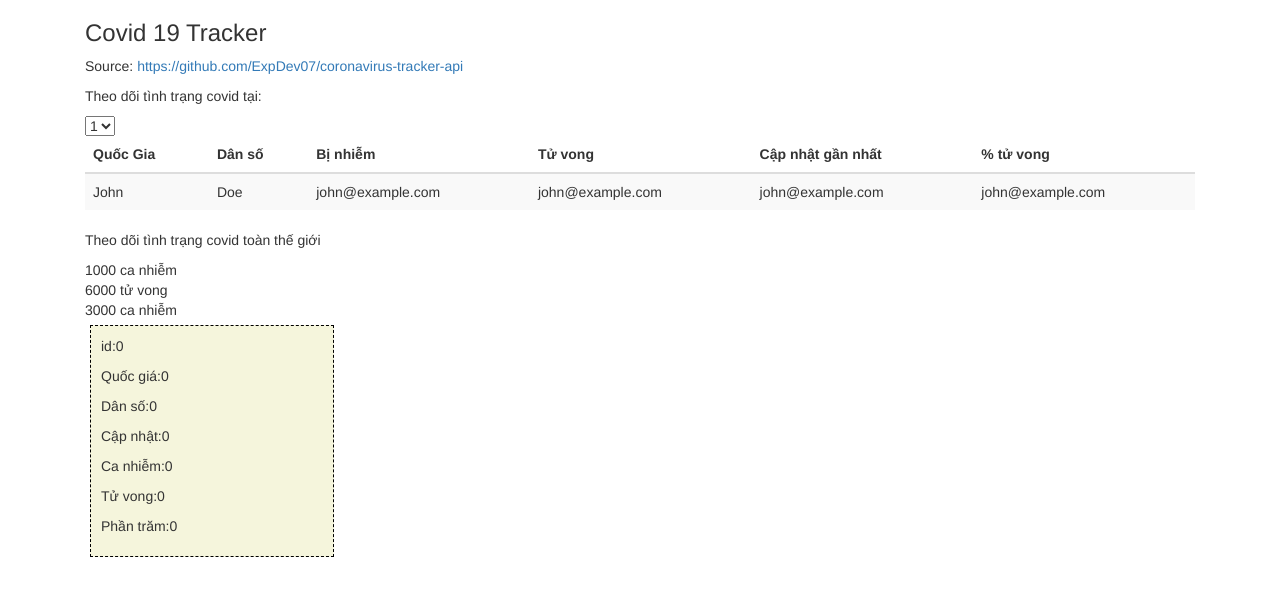
Repository: critdang/electro_store
Page: javascript_project/covid_tracker/index.html
These files come from the project's save history. The page is drawn as it stood at one moment and after the next save; the edit follows.
The browser window is 1280 px wide. The pictures show the whole page.

Above is the page before, as saved 2021-09-23 00:06:37.
Console error (its wording comes from the project's code and is left out).

After the next save:
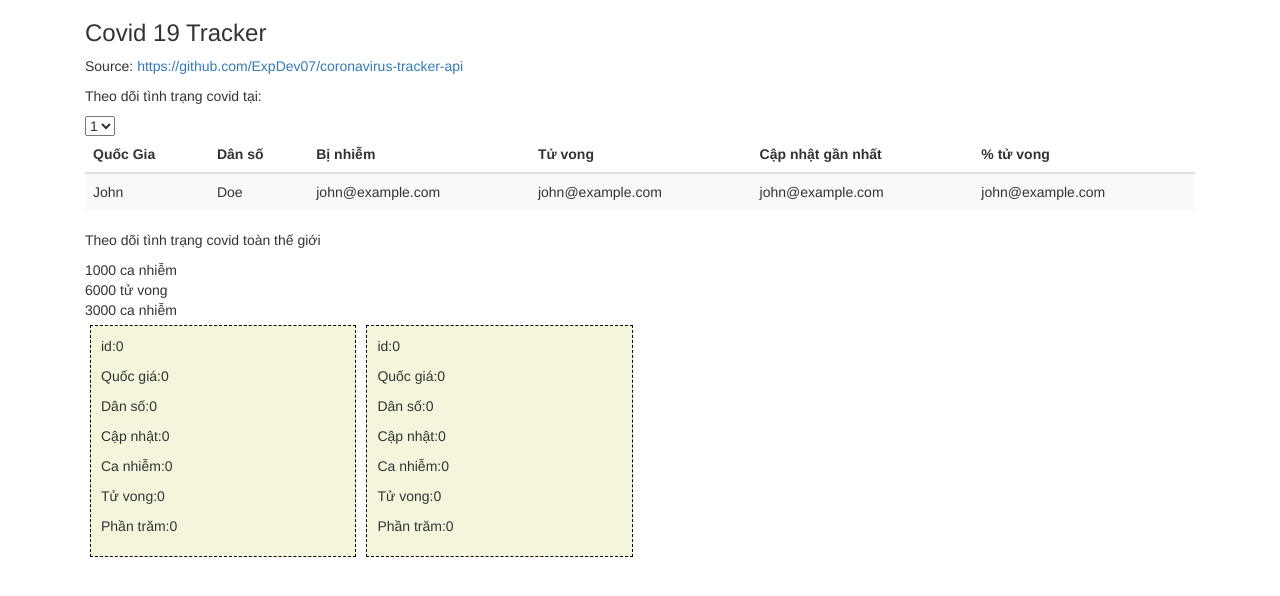
Saved 61 s later.
--- a/javascript_project/covid_tracker/index.html
+++ b/javascript_project/covid_tracker/index.html
@@ -18,7 +18,7 @@
         }
         ul.list_world li{
             border: 1px dashed #000;
-            width: 22%;
+            width: 24%;
             padding: 10px;
             margin: 5px;
             background: beige;
@@ -77,6 +77,15 @@
                       <p> Tử vong:0</p>
                       <p> Phần trăm:0</p>
                   </li>
+                  <li>
+                    <p> id:0</p>
+                    <p> Quốc giá:0</p>
+                    <p> Dân số:0</p>
+                    <p> Cập nhật:0</p>
+                    <p> Ca nhiễm:0</p>
+                    <p> Tử vong:0</p>
+                    <p> Phần trăm:0</p>
+                </li>
               </ul>
         </div>
     </div>
